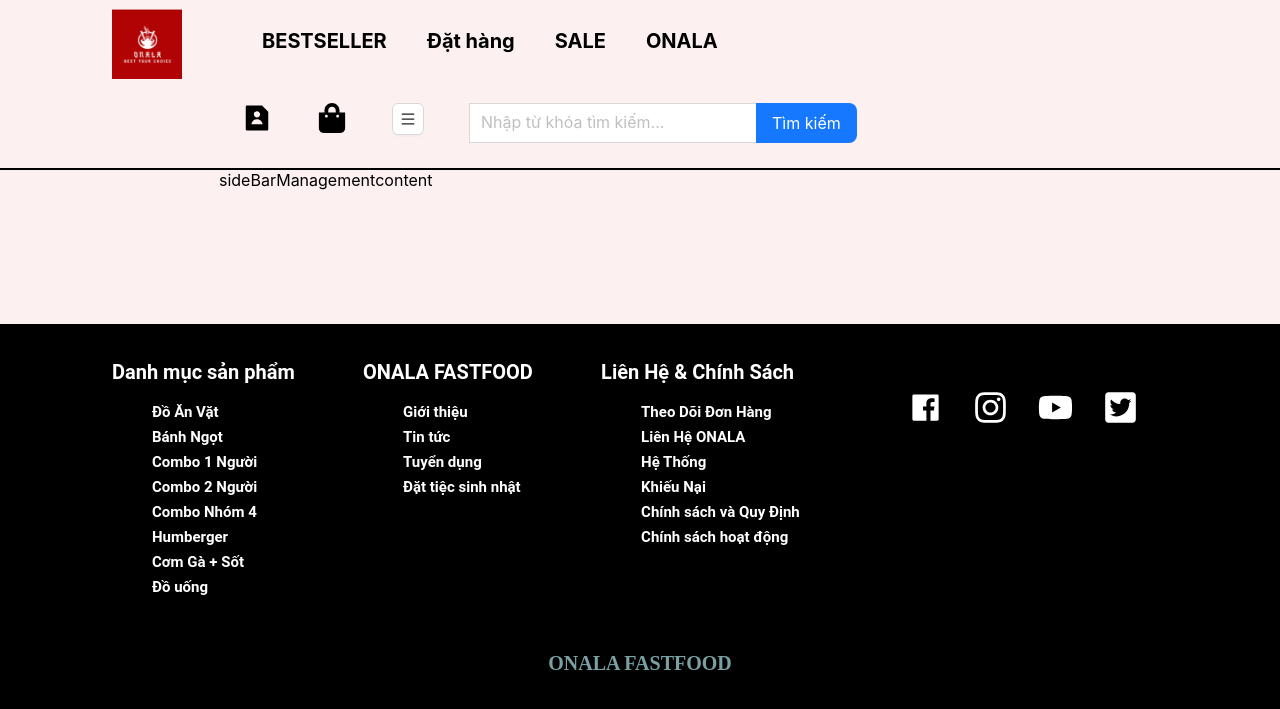
Repository: tranlan149/ONALA
Page: /account
An editor plug-in stored every save of this project. The page is shown before and after the next save, followed by the edit.
The browser window is 1280 px wide. The pictures show the whole page.
The project was rebuilt for these pictures with package versions that can differ from the ones it lists, and the page was loaded fresh each time. Also part of the build but not shown: src/Components/Search/Search.css, src/Pages/BestSeller/index.js, src/Pages/ONALA/index.js, src/Pages/Sale/index.js, src/Pages/Recommend/index.js, src/Pages/Register/RegisterForm.module.css, src/Pages/Register/index.js, src/Pages/Login/LoginForm.module.css and 12 more.

Above is the page before, as saved 2025-02-11 15:17:04.

After the next save:
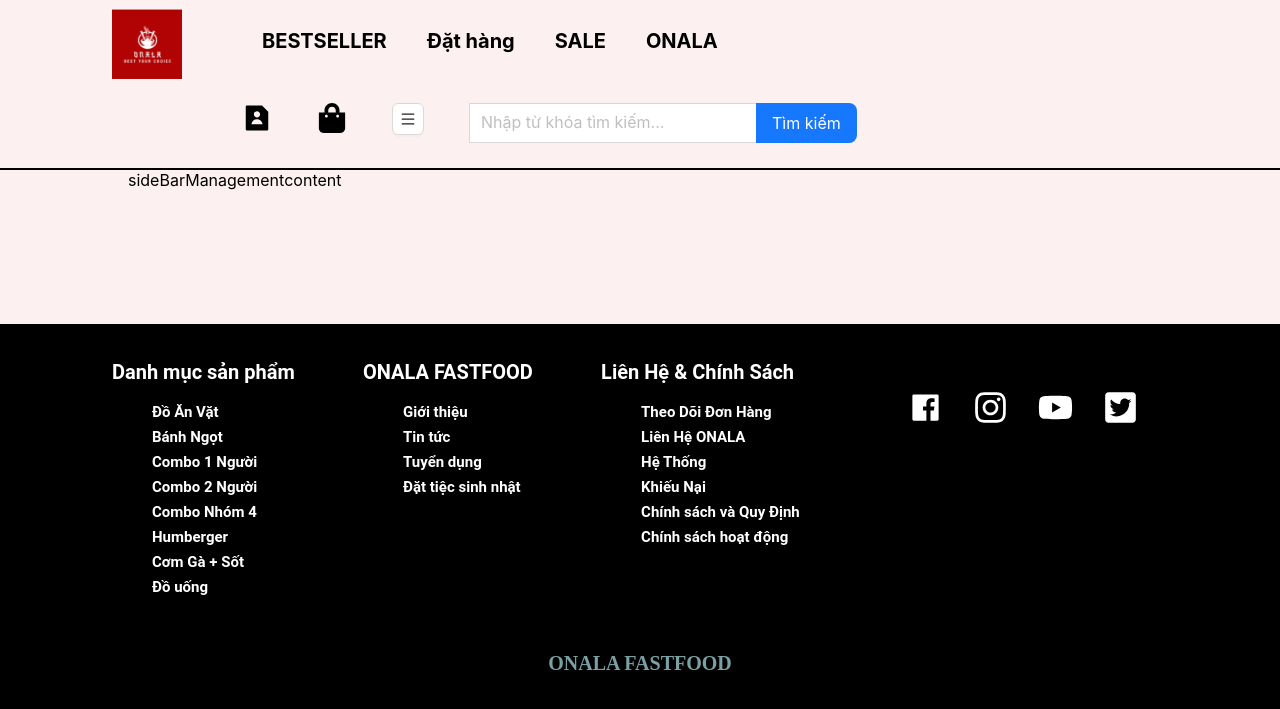
Saved 59 s later.
--- a/src/Pages/UserManagement/style.css
+++ b/src/Pages/UserManagement/style.css
@@ -1,5 +1,5 @@
 .managementContainer {
     display: flex;
     flex-direction: row;
-    margin-left: 219px;
+    margin-left: 10%;
 }
